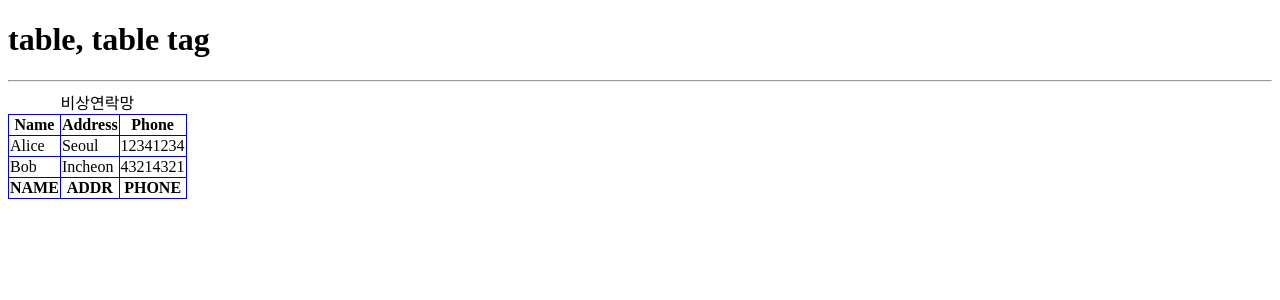
Repository: jihoonys82/weblec
Page: Front/WebContent/Ex01_HTML_tag/tagEx_07.html
The author's editor kept a copy of each file at every save. The page is drawn from the files as they stood at one save, then again after the next save.
The browser window is 1280 px wide. The pictures show the whole page.

Above is the page before, as saved 2018-07-23 11:47:01.

### Front/WebContent/Ex01_HTML_tag/tagEx_07.html
<!DOCTYPE html>
<html>
<head>
<meta charset="UTF-8">
<title>Insert title here</title>

<style type="text/css"> /* stylesheet, CSS */
table { /* Table outside square */
	border: 1px solid #ccc;

	/* 테두리 겹치는 부분을 하나로 */
	border-collapse: collapse;
}

th, td { /* each table data cell */
	border: 1px solid #00C;
 }

</style>

</head>
<body>

<div>
	<h1>table, table tag</h1>
	<hr>

	<table>
		<caption>비상연락망</caption> <!-- Table caption(title) -->
		<thead> <!-- 제목 -->
			<tr>
				<th>Name</th>
				<th>Address</th>
				<th>Phone</th>
			</tr>
		</thead>
		<tbody> <!-- 내용 -->
			<tr>
				<td>Alice</td>
				<td>Seoul</td>
				<td>12341234</td>
			</tr>
			<tr>
				<td>Bob</td>
				<td>Incheon</td>
				<td>43214321</td>

			</tr>
		</tbody>
		<tfoot> <!-- 바닥글  -->
			<tr>
				<th>NAME</th>
				<th>ADDR</th>
				<th>PHONE</th>
			</tr>
		</tfoot>

	</table>



</div>
</body>
</html>

After the next save:
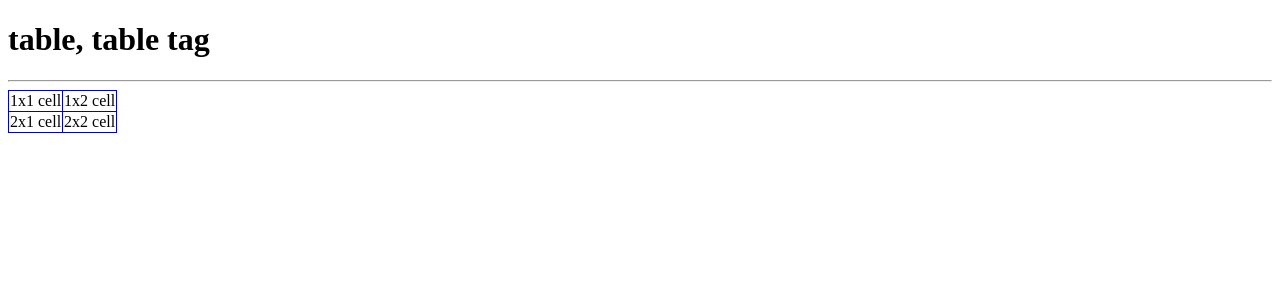
Saved 82 s later.
--- a/Front/WebContent/Ex01_HTML_tag/tagEx_07.html
+++ b/Front/WebContent/Ex01_HTML_tag/tagEx_07.html
@@ -26,35 +26,14 @@ th, td { /* each table data cell */
 	<hr>
 
 	<table>
-		<caption>비상연락망</caption> <!-- Table caption(title) -->
-		<thead> <!-- 제목 -->
-			<tr>
-				<th>Name</th>
-				<th>Address</th>
-				<th>Phone</th>
-			</tr>
-		</thead>
-		<tbody> <!-- 내용 -->
-			<tr>
-				<td>Alice</td>
-				<td>Seoul</td>
-				<td>12341234</td>
-			</tr>
-			<tr>
-				<td>Bob</td>
-				<td>Incheon</td>
-				<td>43214321</td>
-
-			</tr>
-		</tbody>
-		<tfoot> <!-- 바닥글  -->
-			<tr>
-				<th>NAME</th>
-				<th>ADDR</th>
-				<th>PHONE</th>
-			</tr>
-		</tfoot>
-
+		<tr>
+			<td>1x1 cell</td>
+			<td>1x2 cell</td>
+		</tr>
+		<tr>
+			<td>2x1 cell</td>
+			<td>2x2 cell</td>
+		</tr>
 	</table>
 
 
